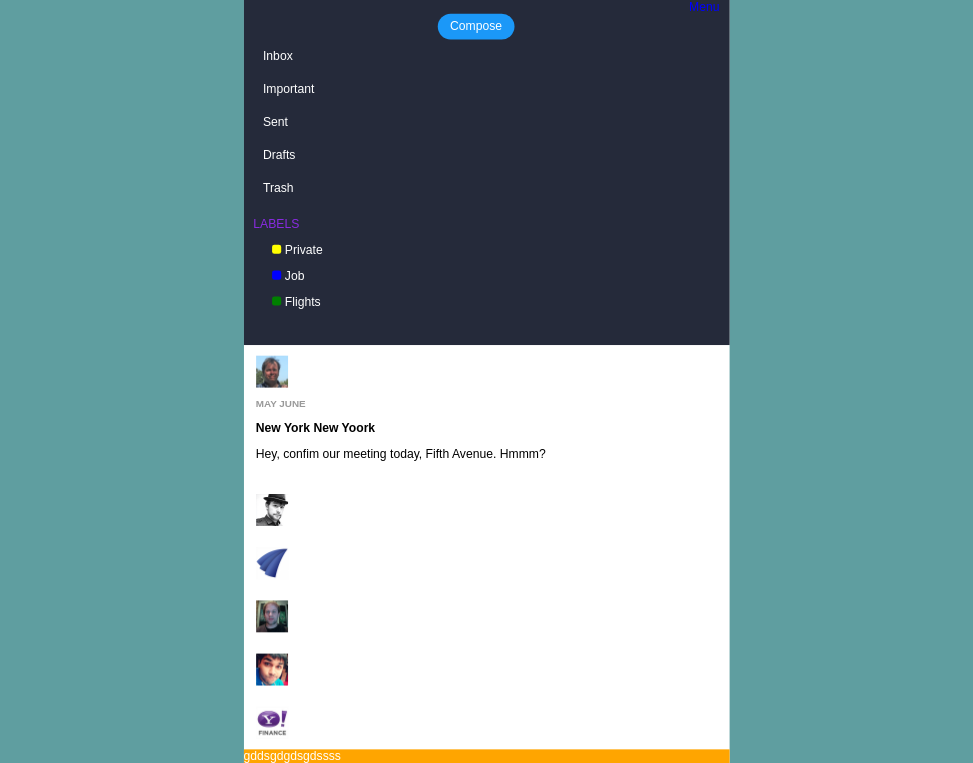
Repository: Gumiin/studia
Page: lesson4/index.html
These files come from the project's save history. The page is drawn as it stood at one moment and after the next save; the edit follows.
The browser window is 1280 px wide. The pictures show the whole page, at 76% of full size.

Above is the page before, as saved 2021-04-21 18:18:00.

### lesson4/index.html
<!DOCTYPE html>
<html lang="en">
<head>
    <meta charset="UTF-8">
    <meta http-equiv="X-UA-Compatible" content="IE=edge">
    <meta name="viewport" content="width=device-width, initial-scale=1.0">
    <title>Mail mobile part</title>
    <link rel="stylesheet" href="style.css">
</head>
<body>
    <main>
    <navigation id="menus">
        <p style="border: 0px;margin: 0px; color: blue;margin-right: 2%;text-align: right;">Menu</p>
        <a href=""><div id="compose">Compose</div></a>
        <nav>
            <a href=""><div class="menu">Inbox</div></a>
            <a href=""><div class="menu">Important</div></a>
            <a href=""><div class="menu">Sent</div></a>
            <a href=""><div class="menu">Drafts</div></a>
            <a href=""><div class="menu">Trash</div></a>
        </nav>
        <div id="labels">
            <p style="color: blueviolet;">LABELS</p>
            <p>
                <div class="label"style="background-color: yellow;"></div>
            Private
            </p>
            <p>
                <div class="label" style="background-color: blue;"></div>
            Job
            </p>
            <p>
                <div class="label" style="background-color: green;"></div>
            Flights
            </p>
        </div>
    </navigation>
    <div id="mails">
        <div class="mail">
            <div class="small_box">
                <img src="/lesson4/webmail/avatary/p1.png" alt="Avatar"/>
            </div>
            <div class="">
                <p class="sender">may june</p>
                <p class="title">New York New Yoork</p>
                <p class="messnege">Hey, confim our meeting today, Fifth Avenue. Hmmm? </p>
            </div>
        </div>
        <div class="mail">
            <div class="small_box">
                <img src="/lesson4/webmail/avatary/p2.png" alt="Avatar"/>
            </div>
        </div> <div class="mail">
            <div class="small_box">
                <img src="/lesson4/webmail/avatary/p3.png" alt="Avatar"/>
            </div>
        </div> <div class="mail">
            <div class="small_box">
                <img src="/lesson4/webmail/avatary/p4.png" alt="Avatar"/>
            </div>
        </div> <div class="mail">
            <div class="small_box">
                <img src="/lesson4/webmail/avatary/p5.png" alt="Avatar"/>
            </div>
        </div> <div class="mail">
            <div class="small_box">
                <img src="/lesson4/webmail/avatary/p6.png" alt="Avatar"/>
            </div>
        </div>
    </div>
    <content id="messenge">
        gddsgdgdsgdssss
    </content>
</main>
</body>
</html>

### lesson4/style.css
body{
    margin: 0px;
    border: 0px;
    max-width: 639px;
    height:100%;
    margin:auto;
    font-family: Arial, sans-serif;
    color: white;
    background-color: cadetblue;
}
main{
    margin: 0 auto;
    background:#fff;
    display: grid;
    grid-template-areas:
        "navigation"
        "mails"
        "content";
}
#menus{
    background-color: #252a3a;
    font-size: 16px;
    grid-template-areas:navigation;
}
#menus a{
    text-decoration: none;
    color: white;
}

#compose{
    background-color: #1B98F8;
    border: none;
    color: white;
    padding: 20px;
    text-align: center;
    text-decoration: none;
    display: inline-block;
    font-size: 16px;
    padding: 8px 16px;
    margin-left: 40%;
    border-radius: 20px;
}
.menu{
    margin-left: 2%;
    margin-right: 2%;
    padding: 2%;
}
.menu:hover{
    background-color: orchid;
}
#labels{
    margin-left: 2%;
    padding-bottom: 5%;
}
.label{
    border: none;
    display: inline-block;
    padding: 6px 6px;
    border-radius: 3px;
    margin-left:4%;
}
#mails{
    display: grid;
    grid-template-areas:mails;
    grid-template-rows: auto;
    color: black;
}
.mail{
    padding: 14px 16px;
}
img{
    max-width: 100%;
    max-height: 100%;
    display: block;
}
.small_box{
    max-height: 42px;
    max-width: 42px;
    margin-right: 8px;
}
.sender{
    color:#999;
    text-transform: uppercase;
    font-weight: bold;
    font-size:  13px;
}
.title{
    font-weight: bold;
    font-size:  16px;
}
.messenge{
    font-size:  13px;
    text-transform: none;
    margin: 7px 0;
}
content{
    grid-template-areas:content;
    background:orange;
}
@media screen and (min-width: 576px) {

}
@media screen and (min-width: 768px) {

}
@media screen and (min-width: 992px) {

}
@media screen and (min-width: 1200px) {

}
@media screen and (min-width: 1400px) {

}

After the next save:
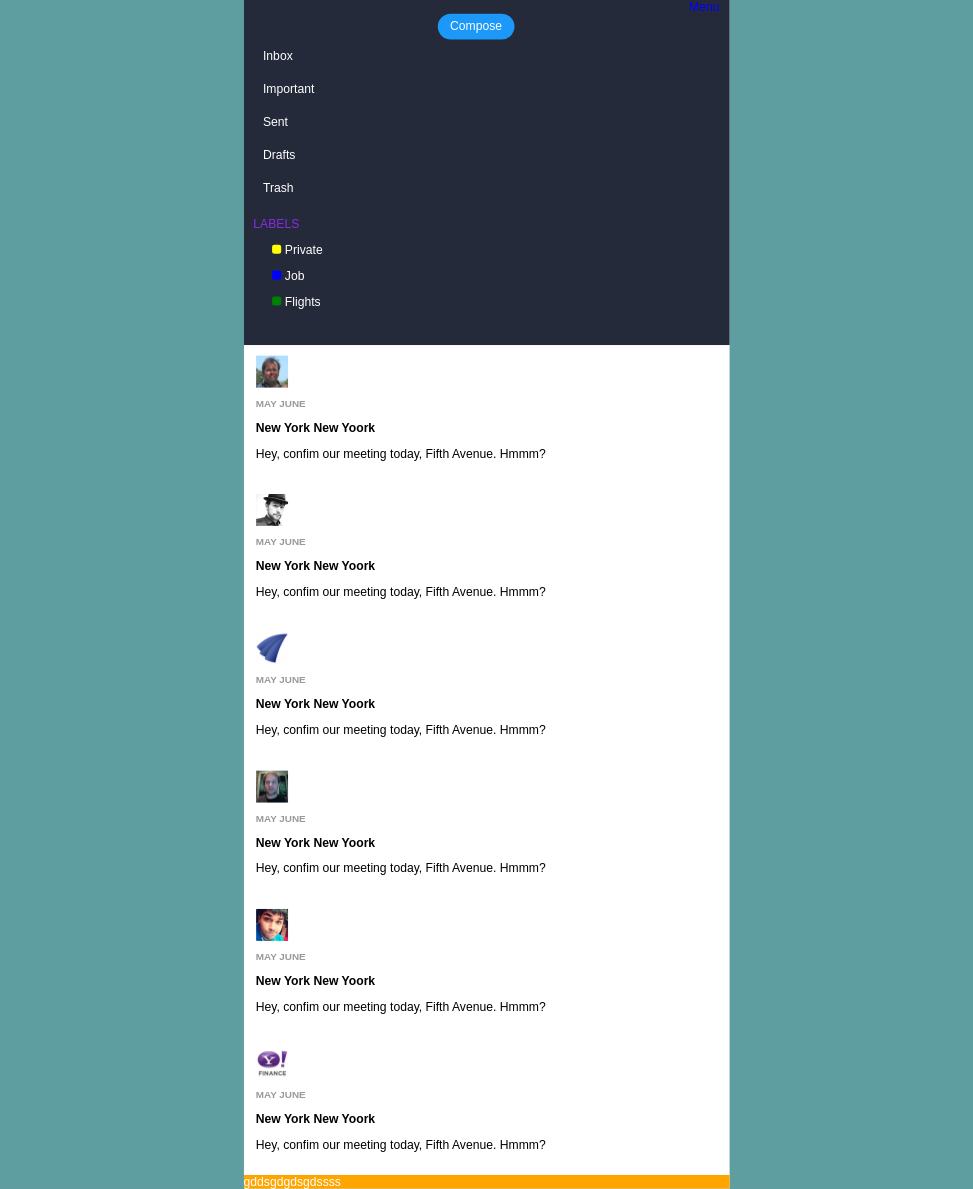
Saved 107 s later.
--- a/lesson4/index.html
+++ b/lesson4/index.html
@@ -50,21 +50,46 @@
             <div class="small_box">
                 <img src="/lesson4/webmail/avatary/p2.png" alt="Avatar"/>
             </div>
-        </div> <div class="mail">
+            <div class="">
+                <p class="sender">may june</p>
+                <p class="title">New York New Yoork</p>
+                <p class="messnege">Hey, confim our meeting today, Fifth Avenue. Hmmm? </p>
+            </div>
+        </div><div class="mail">
             <div class="small_box">
                 <img src="/lesson4/webmail/avatary/p3.png" alt="Avatar"/>
             </div>
-        </div> <div class="mail">
+            <div class="">
+                <p class="sender">may june</p>
+                <p class="title">New York New Yoork</p>
+                <p class="messnege">Hey, confim our meeting today, Fifth Avenue. Hmmm? </p>
+            </div>
+        </div><div class="mail">
             <div class="small_box">
                 <img src="/lesson4/webmail/avatary/p4.png" alt="Avatar"/>
             </div>
-        </div> <div class="mail">
+            <div class="">
+                <p class="sender">may june</p>
+                <p class="title">New York New Yoork</p>
+                <p class="messnege">Hey, confim our meeting today, Fifth Avenue. Hmmm? </p>
+            </div>
+        </div><div class="mail">
             <div class="small_box">
                 <img src="/lesson4/webmail/avatary/p5.png" alt="Avatar"/>
             </div>
-        </div> <div class="mail">
+            <div class="">
+                <p class="sender">may june</p>
+                <p class="title">New York New Yoork</p>
+                <p class="messnege">Hey, confim our meeting today, Fifth Avenue. Hmmm? </p>
+            </div>
+        </div><div class="mail">
             <div class="small_box">
                 <img src="/lesson4/webmail/avatary/p6.png" alt="Avatar"/>
+            </div>
+            <div class="">
+                <p class="sender">may june</p>
+                <p class="title">New York New Yoork</p>
+                <p class="messnege">Hey, confim our meeting today, Fifth Avenue. Hmmm? </p>
             </div>
         </div>
     </div>
